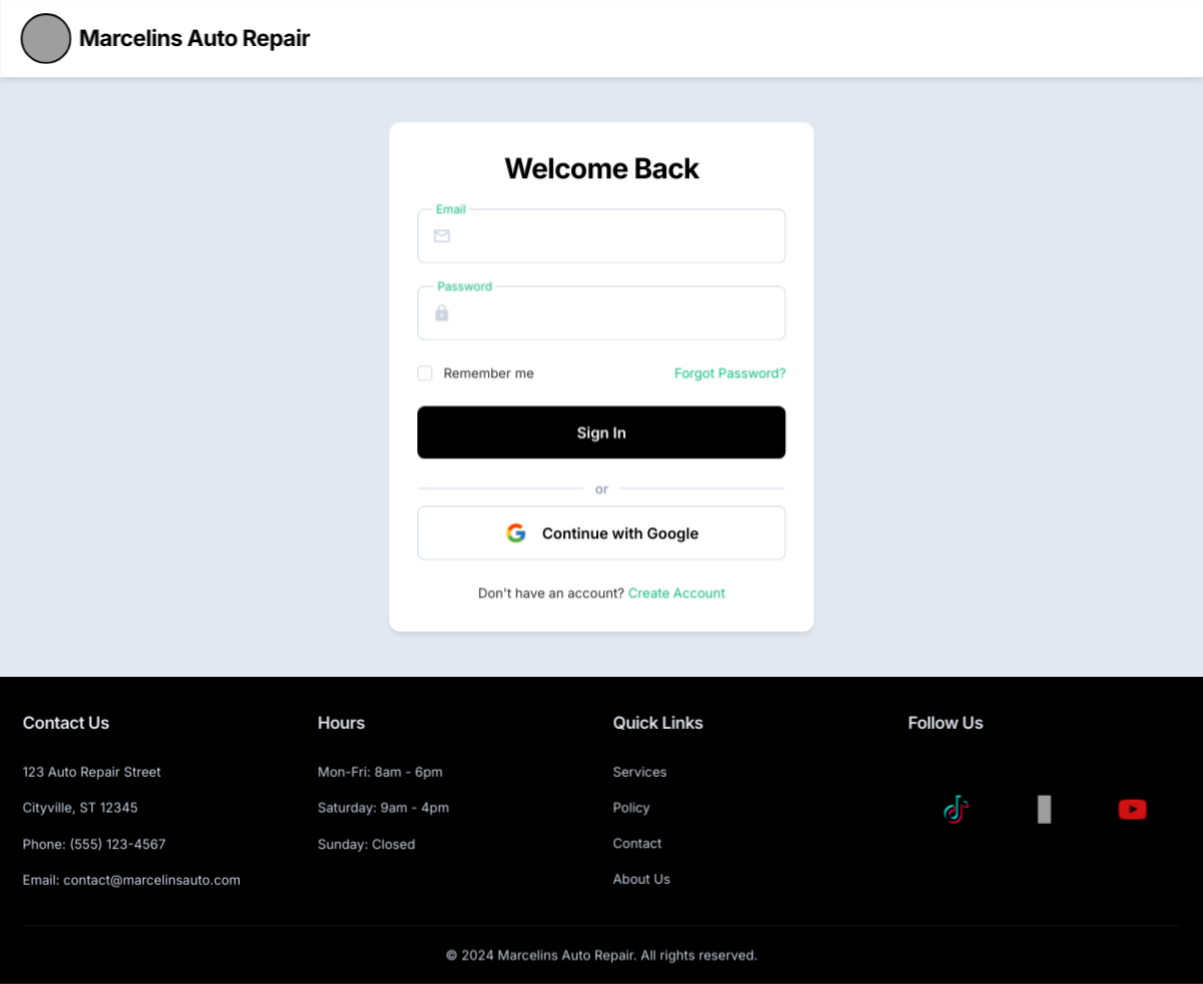
Repository: ilovegames507/twebsite-2
Page: frontend/public/login&signup.html
An editor plug-in stored every save of this project. The page is shown before and after the next save, followed by the edit.
The browser window is 1280 px wide. The pictures show the whole page, at 94% of full size.
Pictures or frames that could not be fetched are drawn as grey boxes.

Above is the page before, as saved 2025-03-18 21:09:50.

### frontend/public/login&signup.html
<!DOCTYPE html>
<html lang="en">

<head>
  <meta charset="UTF-8" />
  <meta name="viewport" content="width=device-width, initial-scale=1.0" />
  <link rel="preconnect" href="https://fonts.googleapis.com" />
  <link rel="preconnect" href="https://fonts.gstatic.com" crossorigin />
  <link
    href="https://fonts.googleapis.com/css2?family=Inter:ital,opsz,wght@0,14..32,100..900;1,14..32,100..900&family=Source+Code+Pro:ital,wght@0,200..900;1,200..900&display=swap"
    rel="stylesheet" />
  <link rel="stylesheet" href="styles/modern-normalize.css" />
  <link rel="stylesheet" href="styles/global.css" />
  <link rel="stylesheet" href="styles/components/header.css" />
  <link rel="stylesheet" href="styles/components/login&signup.css" />
  <link rel="stylesheet" href="styles/components/footer.css" />
  <link rel="stylesheet" href="styles/utils.css" />
  <script type="module" src="src/main.js"></script>
  <link rel="icon" type="image/x-icon" href="/src/Images/favicon.ico">
  <title>Marcelins Auto Repair</title>
</head>

<body>
  <header class="header"></header>
  <section class="auth">
    <div class="auth__container">
      <div class="auth__form active" id="loginForm">
        <h2 class="auth__title">Welcome Back</h2>
        <form class="auth__content">
          <div class="auth__field">
            <input type="email" class="auth__input" id="loginEmail" required>
            <label class="auth__label" for="loginEmail">Email</label>
            <svg class="auth__icon" xmlns="http://www.w3.org/2000/svg" viewBox="0 0 24 24" fill="currentColor">
              <path
                d="M20 4H4c-1.1 0-1.99.9-1.99 2L2 18c0 1.1.9 2 2 2h16c1.1 0 2-.9 2-2V6c0-1.1-.9-2-2-2zm0 14H4V8l8 5 8-5v10zm-8-7L4 6h16l-8 5z" />
            </svg>
          </div>

          <div class="auth__field">
            <input type="password" class="auth__input" id="loginPassword" required>
            <label class="auth__label" for="loginPassword">Password</label>
            <svg class="auth__icon" xmlns="http://www.w3.org/2000/svg" viewBox="0 0 24 24" fill="currentColor">
              <path
                d="M18 8h-1V6c0-2.76-2.24-5-5-5S7 3.24 7 6v2H6c-1.1 0-2 .9-2 2v10c0 1.1.9 2 2 2h12c1.1 0 2-.9 2-2V10c0-1.1-.9-2-2-2zm-6 9c-1.1 0-2-.9-2-2s.9-2 2-2 2 .9 2 2-.9 2-2 2zm3.1-9H8.9V6c0-1.71 1.39-3.1 3.1-3.1 1.71 0 3.1 1.39 3.1 3.1v2z" />
            </svg>
          </div>

          <div class="auth__options">
            <label class="auth__remember">
              <input type="checkbox" class="auth__checkbox">
              <span class="auth__checkmark"></span>
              Remember me
            </label>
            <a href="#forgot" class="auth__link">Forgot Password?</a>
          </div>

          <button type="submit" class="auth__button">Sign In</button>

          <button type="button" class="auth__button auth__button--google">
            <svg class="auth__google-icon" xmlns="http://www.w3.org/2000/svg" x="0px" y="0px" width="100" height="100"
              viewBox="0 0 48 48">
              <path fill="#FFC107"
                d="M43.611,20.083H42V20H24v8h11.303c-1.649,4.657-6.08,8-11.303,8c-6.627,0-12-5.373-12-12c0-6.627,5.373-12,12-12c3.059,0,5.842,1.154,7.961,3.039l5.657-5.657C34.046,6.053,29.268,4,24,4C12.955,4,4,12.955,4,24c0,11.045,8.955,20,20,20c11.045,0,20-8.955,20-20C44,22.659,43.862,21.35,43.611,20.083z">
              </path>
              <path fill="#FF3D00"
                d="M6.306,14.691l6.571,4.819C14.655,15.108,18.961,12,24,12c3.059,0,5.842,1.154,7.961,3.039l5.657-5.657C34.046,6.053,29.268,4,24,4C16.318,4,9.656,8.337,6.306,14.691z">
              </path>
              <path fill="#4CAF50"
                d="M24,44c5.166,0,9.86-1.977,13.409-5.192l-6.19-5.238C29.211,35.091,26.715,36,24,36c-5.202,0-9.619-3.317-11.283-7.946l-6.522,5.025C9.505,39.556,16.227,44,24,44z">
              </path>
              <path fill="#1976D2"
                d="M43.611,20.083H42V20H24v8h11.303c-0.792,2.237-2.231,4.166-4.087,5.571c0.001-0.001,0.002-0.001,0.003-0.002l6.19,5.238C36.971,39.205,44,34,44,24C44,22.659,43.862,21.35,43.611,20.083z">
              </path>
            </svg>
            Continue with Google
          </button>

          <p class="auth__text">Don't have an account?
            <a href="#signup" class="auth__link auth__link--switch">Create Account</a>
          </p>
        </form>
      </div>

      <div class="auth__form" id="signupForm">
        <h2 class="auth__title">Create Account</h2>
        <form class="auth__content">
          <div class="auth__field">
            <input type="text" class="auth__input" id="signupName" required>
            <label class="auth__label" for="signupName">Full Name</label>
            <svg class="auth__icon" xmlns="http://www.w3.org/2000/svg" viewBox="0 0 24 24" fill="currentColor">
              <path
                d="M12 12c2.21 0 4-1.79 4-4s-1.79-4-4-4-4 1.79-4 4 1.79 4 4 4zm0 2c-2.67 0-8 1.34-8 4v2h16v-2c0-2.66-5.33-4-8-4z" />
            </svg>
          </div>

          <div class="auth__field">
            <input type="email" class="auth__input" id="signupEmail" required>
            <label class="auth__label" for="signupEmail">Email</label>
            <svg class="auth__icon" xmlns="http://www.w3.org/2000/svg" viewBox="0 0 24 24" fill="currentColor">
              <path
                d="M20 4H4c-1.1 0-1.99.9-1.99 2L2 18c0 1.1.9 2 2 2h16c1.1 0 2-.9 2-2V6c0-1.1-.9-2-2-2zm0 14H4V8l8 5 8-5v10zm-8-7L4 6h16l-8 5z" />
            </svg>
          </div>

          <div class="auth__field">
            <input type="password" class="auth__input" id="signupPassword" required>
            <label class="auth__label" for="signupPassword">Password</label>
            <svg class="auth__icon" xmlns="http://www.w3.org/2000/svg" viewBox="0 0 24 24" fill="currentColor">
              <path
                d="M18 8h-1V6c0-2.76-2.24-5-5-5S7 3.24 7 6v2H6c-1.1 0-2 .9-2 2v10c0 1.1.9 2 2 2h12c1.1 0 2-.9 2-2V10c0-1.1-.9-2-2-2zm-6 9c-1.1 0-2-.9-2-2s.9-2 2-2 2 .9 2 2-.9 2-2 2zm3.1-9H8.9V6c0-1.71 1.39-3.1 3.1-3.1 1.71 0 3.1 1.39 3.1 3.1v2z" />
            </svg>
          </div>

          <div class="auth__field">
            <input type="password" class="auth__input" id="signupConfirm" required>
            <label class="auth__label" for="signupConfirm">Confirm Password</label>
            <svg class="auth__icon" xmlns="http://www.w3.org/2000/svg" viewBox="0 0 24 24" fill="currentColor">
              <path
                d="M18 8h-1V6c0-2.76-2.24-5-5-5S7 3.24 7 6v2H6c-1.1 0-2 .9-2 2v10c0 1.1.9 2 2 2h12c1.1 0 2-.9 2-2V10c0-1.1-.9-2-2-2zm-6 9c-1.1 0-2-.9-2-2s.9-2 2-2 2 .9 2 2-.9 2-2 2zm3.1-9H8.9V6c0-1.71 1.39-3.1 3.1-3.1 1.71 0 3.1 1.39 3.1 3.1v2z" />
            </svg>
          </div>

          <button type="submit" class="auth__button">Sign Up</button>

          <button type="button" class="auth__button auth__button--google">
            <svg class="auth__google-icon" xmlns="http://www.w3.org/2000/svg" x="0px" y="0px" width="100" height="100"
              viewBox="0 0 48 48">
              <path fill="#FFC107"
                d="M43.611,20.083H42V20H24v8h11.303c-1.649,4.657-6.08,8-11.303,8c-6.627,0-12-5.373-12-12c0-6.627,5.373-12,12-12c3.059,0,5.842,1.154,7.961,3.039l5.657-5.657C34.046,6.053,29.268,4,24,4C12.955,4,4,12.955,4,24c0,11.045,8.955,20,20,20c11.045,0,20-8.955,20-20C44,22.659,43.862,21.35,43.611,20.083z">
              </path>
              <path fill="#FF3D00"
                d="M6.306,14.691l6.571,4.819C14.655,15.108,18.961,12,24,12c3.059,0,5.842,1.154,7.961,3.039l5.657-5.657C34.046,6.053,29.268,4,24,4C16.318,4,9.656,8.337,6.306,14.691z">
              </path>
              <path fill="#4CAF50"
                d="M24,44c5.166,0,9.86-1.977,13.409-5.192l-6.19-5.238C29.211,35.091,26.715,36,24,36c-5.202,0-9.619-3.317-11.283-7.946l-6.522,5.025C9.505,39.556,16.227,44,24,44z">
              </path>
              <path fill="#1976D2"
                d="M43.611,20.083H42V20H24v8h11.303c-0.792,2.237-2.231,4.166-4.087,5.571c0.001-0.001,0.002-0.001,0.003-0.002l6.19,5.238C36.971,39.205,44,34,44,24C44,22.659,43.862,21.35,43.611,20.083z">
              </path>
            </svg>
            Continue with Google
          </button>

          <p class="auth__text">Already have an account?
            <a href="#login" class="auth__link auth__link--switch">Sign In</a>
          </p>
        </form>
      </div>
    </div>
  </section>
  <footer class="footer"></footer>

  <script>
    document.querySelectorAll('.auth__input').forEach(input => {
      input.addEventListener('input', function () {
        this.classList.toggle('has-value', !!this.value);
      });
    });

    document.addEventListener('DOMContentLoaded', () => {
      const loginForm = document.getElementById('loginForm');
      const signupForm = document.getElementById('signupForm');
      const switchLinks = document.querySelectorAll('.auth__link--switch');

      switchLinks.forEach(link => {
        link.addEventListener('click', (e) => {
          e.preventDefault();
          loginForm.classList.toggle('active');
          signupForm.classList.toggle('active');
        });
      });

      const headerLogin = document.querySelector('.header__btn:first-child');
      const headerSignup = document.querySelector('.header__btn:last-child');

      if (headerLogin && headerSignup) {
        headerLogin.addEventListener('click', () => {
          document.querySelector('.auth').scrollIntoView({ behavior: 'smooth' });
          loginForm.classList.add('active');
          signupForm.classList.remove('active');
        });

        headerSignup.addEventListener('click', () => {
          document.querySelector('.auth').scrollIntoView({ behavior: 'smooth' });
          signupForm.classList.add('active');
          loginForm.classList.remove('active');
        });
      }
    });
  </script>
</body>

</html>

### frontend/public/styles/modern-normalize.css
/*! modern-normalize v3.0.1 | MIT License | https://github.com/sindresorhus/modern-normalize */

/*
Document
========
*/

/**
Use a better box model (opinionated).
*/

*,
::before,
::after {
  box-sizing: border-box;
}

html {
  /* Improve consistency of default fonts in all browsers. (https://github.com/sindresorhus/modern-normalize/issues/3) */
  font-family: system-ui, "Segoe UI", Roboto, Helvetica, Arial, sans-serif,
    "Apple Color Emoji", "Segoe UI Emoji";
  line-height: 1.15; /* 1. Correct the line height in all browsers. */
  -webkit-text-size-adjust: 100%; /* 2. Prevent adjustments of font size after orientation changes in iOS. */
  tab-size: 4; /* 3. Use a more readable tab size (opinionated). */
}

/*
Sections
========
*/

body {
  margin: 0; /* Remove the margin in all browsers. */
}

/*
Text-level semantics
====================
*/

/**
Add the correct font weight in Chrome and Safari.
*/

b,
strong {
  font-weight: bolder;
}

/**
1. Improve consistency of default fonts in all browsers. (https://github.com/sindresorhus/modern-normalize/issues/3)
2. Correct the odd 'em' font sizing in all browsers.
*/

code,
kbd,
samp,
pre {
  font-family: ui-monospace, SFMono-Regular, Consolas, "Liberation Mono", Menlo,
    monospace; /* 1 */
  font-size: 1em; /* 2 */
}

/**
Add the correct font size in all browsers.
*/

small {
  font-size: 80%;
}

/**
Prevent 'sub' and 'sup' elements from affecting the line height in all browsers.
*/

sub,
sup {
  font-size: 75%;
  line-height: 0;
  position: relative;
  vertical-align: baseline;
}

sub {
  bottom: -0.25em;
}

sup {
  top: -0.5em;
}

/*
Tabular data
============
*/

/**
Correct table border color inheritance in Chrome and Safari. (https://issues.chromium.org/issues/40615503, https://bugs.webkit.org/show_bug.cgi?id=195016)
*/

table {
  border-color: currentcolor;
}

/*
Forms
=====
*/

/**
1. Change the font styles in all browsers.
2. Remove the margin in Firefox and Safari.
*/

button,
input,
optgroup,
select,
textarea {
  font-family: inherit; /* 1 */
  font-size: 100%; /* 1 */
  line-height: 1.15; /* 1 */
  margin: 0; /* 2 */
}

/**
Correct the inability to style clickable types in iOS and Safari.
*/

button,
[type="button"],
[type="reset"],
[type="submit"] {
  appearance: button;
  -webkit-appearance: button;
}

/**
Remove the padding so developers are not caught out when they zero out 'fieldset' elements in all browsers.
*/

legend {
  padding: 0;
}

/**
Add the correct vertical alignment in Chrome and Firefox.
*/

progress {
  vertical-align: baseline;
}

/**
Correct the cursor style of increment and decrement buttons in Safari.
*/

::-webkit-inner-spin-button,
::-webkit-outer-spin-button {
  height: auto;
}

/**
1. Correct the odd appearance in Chrome and Safari.
2. Correct the outline style in Safari.
*/

[type="search"] {
  appearance: textfield;
  -webkit-appearance: textfield; /* 1 */
  outline-offset: -2px; /* 2 */
}

/**
Remove the inner padding in Chrome and Safari on macOS.
*/

::-webkit-search-decoration {
  -webkit-appearance: none;
}

/**
1. Correct the inability to style clickable types in iOS and Safari.
2. Change font properties to 'inherit' in Safari.
*/

::-webkit-file-upload-button {
  -webkit-appearance: button; /* 1 */
  font: inherit; /* 2 */
}

/*
Interactive
===========
*/

/*
Add the correct display in Chrome and Safari.
*/

summary {
  display: list-item;
}

### frontend/public/styles/global.css
:root {
  /* fonts */
  --font-primary: 'Inter', sans-serif;
  --font-secondary: 'Source Code Pro', monospace;

  /* colors */
  --clr-dark: #000000;
  --clr-gray: #2b2b2b;
  --clr-light: #e2e8f0;
  --clr-white: rgb(255, 255, 255);
  --clr-green: #10b981;
  --clr-green-hvr: #10996b;

  --clr-slate50: #f8fafc;
  --clr-slate100: #f1f5f9;
  --clr-slate300: #cbd5e1;
  --clr-text: #94a3b8;
  --clr-slate800: #1e293b;
  --clr-bg: #0a101f;

  --clr-muted: #4a5566;

  /* shadow */
  --shadow: 0 4px 6px -1px rgba(0, 0, 0, 0.1);

  /* transtion */
  --transition: all 0.3s cubic-bezier(0.4, 0, 0.2, 1);

  /* sizes */
  --size-xxs: 0.5rem;
  --size-xs: 0.75rem;
  --size-sm: 0.875rem;
  --size-base: 1rem;
  --size-lg: 1.125rem;
  --size-xl: 1.25rem;
  --size-2xl: 1.5rem;
  --size-3xl: 1.875rem;
  --size-4xl: 2.25rem;
  --size-5xl: 3rem;
  --size-6xl: 3.75rem;
  --size-7xl: 4.5rem;
  --size-8xl: 6rem;
  --size-9xl: 8rem;
  --size-10xl: 10rem;
}

* {
  margin: 0;
  padding: 0;
  line-height: calc(1em + 0.5rem);
  animation: fadeIn 0.5s cubic-bezier(0.4, 0, 0.2, 1) both;
  animation-delay: 0.01s;
}

body {
  font-family: var(--font-primary);
  background-color: var(--clr-light);
  color: var(--clr-dark);
}

img,
picture,
video,
canvas,
svg {
  display: block;
  max-width: 100%;
}

input,
button,
textarea,
select {
  font: inherit;
}

button {
  border: none;
  background: none;
  color: inherit;
  cursor: pointer;
}

h1,
h2,
h3,
h4,
h5,
h6 {
  letter-spacing: -0.025em;
}

p {
  color: var(--clr-text);
}

a {
  color: var(--clr-slate50);
}

strong {
  color: #ff0000;
  font-weight: 800;
}

button:focus-visible,
a:focus-visible {
  outline: solid var(--clr-light);
}

body::-webkit-scrollbar {
  width: 5px;
}

body::-webkit-scrollbar-track {
  box-shadow: inset 0 0 6 px rgba(0, 0, 0, 0);
}

body::-webkit-scrollbar-thumb {
  background: #bebebe;
  border-radius: 1000px;
}

body::-webkit-scrollbar-thumb:hover {
  background: #555;
}

@keyframes fadeIn {
  from {
    opacity: 0;
    transform: translateY(-20px);
  }

  to {
    opacity: 1;
    transform: translateY(0);
  }
}

h1,
h2,
h3,
h4,
h5,
h6 {
  animation-delay: 0.3s;
}

p,
a,
button {
  animation-delay: 0.4s;
}

img {
  animation-delay: 0.5s;
}

### frontend/public/styles/components/header.css
.header {
  position: sticky;
  top: 0;
  background: var(--clr-white);
  backdrop-filter: blur(8px);
  z-index: 9999;
  box-shadow: var(--shadow);
}

.header__container {
  display: flex;
  justify-content: space-between;
  align-items: center;
  padding: 1rem 1.5rem;
  max-width: 1440px;
  margin: 0 auto;
}

.header__title-container{
  display: flex;
  flex-direction: row;
  gap: 10px;
}

.header__title {
  color: var(--clr-dark);
  font-family: var(--font-primary);
  font-size: var(--size-2xl);
  font-weight: 700;
  letter-spacing: -0.025em;
  text-decoration: none;
  transition: var(--transition);
  display: inline-flex;
  align-items: center;
  gap: 1rem;
}

.header__title-text {
  transition: var(--transition);
}

.header__logo {
  background-image: linear-gradient(rgba(0, 0, 0, 0.5), rgba(0, 0, 0, 0.5)),
    url('https://placehold.co/1920x1080');
  max-width: 50px;
  max-height: 50px;
  height: auto;
  cursor: pointer;
  outline: 2px solid var(--clr-dark);
  transition: var(--transition);
  border-radius: 50%;
}

.header__nav {
  display: flex;
  gap: 2rem;
  align-items: center;
}

.header__link {
  color: var(--clr-dark);
  font-family: var(--font-primary);
  font-size: 0.875rem;
  font-weight: 500;
  text-decoration: none;
  transition: var(--transition);
  padding: 0.5rem 1rem;
  border-radius: 0.375rem;
}

.header__link:hover {
  background: rgba(255, 255, 255, 0.1);
}

.header__btn {
  background: var(--clr-accent);
  color: var(--clr-light);
  background: var(--clr-dark);
  padding: 0.5rem 1.25rem;
  border-radius: 0.375rem;
  font-weight: 600;
  transition: var(--transition);
}

.header__btn:hover {
  background: var(--clr-gray);
}

.header__bars {
  display: none;
  color: var(--clr-light);
  background: none;
  padding: 0.5rem;
  border-radius: 0.375rem;
}

@media (max-width: 825px) {
  .header__nav {
    display: none;
  }

  .header__bars {
    display: block;
  }

  .header__title-text {
    display: block;
  }

  .header__logo {
    display: none;
  }

  .header--mobile-open .header__nav {
    display: flex;
    flex-direction: column;
    position: absolute;
    background: var(--clr-white);
    top: 100%;
    left: 0;
    right: 0;
    padding: 1rem;
    gap: 0.5rem;
  }

  .header--mobile-open .header__logo {
    display: block;
    max-width: 50px;
  }

  .header--mobile-open .header__link {
    width: 100%;
    text-align: center;
    padding: 0.75rem;
  }

  .header--mobile-open .header__btn-container {
    display: flex;
    flex-direction: column;
    gap: 0.5rem;
    margin-top: 1rem;
  }
}

@media (max-width: 768px) {
  .header__title {
    font-size: var(--size-base);
  }

  .header__logo {
    display: block;
    max-width: 60px;
  }
}

@media (max-width: 480px) {
  .header__logo {
    max-width: 50px;
  }

  .header__container {
    padding: 0.75rem 1rem;
  }
}

### frontend/public/styles/components/footer.css
html {
    height: 100%;
}

body {
    min-height: 100vh;
    display: flex;
    flex-direction: column;
}

main {
    flex: 1 0 auto;
    width: 100%;
}

.footer {
    background-color: var(--clr-dark);
    color: var(--clr-light);
    padding: var(--size-4xl) 0 0;
    margin-top: auto;
}

.footer__container {
    max-width: 1440px;
    margin: 0 auto;
    padding: 0 var(--size-2xl);
}

.footer__content {
    display: grid;
    grid-template-columns: repeat(auto-fit, minmax(250px, 1fr));
    gap: var(--size-2xl);
    padding-bottom: var(--size-4xl);
}

.footer__section {
    display: flex;
    flex-direction: column;
    gap: var(--size-base);
}

.footer__heading {
    font-size: var(--size-lg);
    font-weight: 600;
    margin-bottom: var(--size-xs);
    color: var(--clr-light);
}

.footer__text {
    font-size: var(--size-sm);
    color: var(--clr-slate300);
    line-height: 1.6;
}

.footer__link {
    color: var(--clr-slate300);
    text-decoration: none;
    font-size: var(--size-sm);
    transition: var(--transition);
}

.footer__link:hover {
    color: var(--clr-light);
    transform: translateX(4px);
}

.footer__socials {
    display: flex;
}

.footer__social-link {
    color: var(--clr-slate300);
    transition: var(--transition);
    padding: var(--size-4xl);
    display: flex;
}

.footer__social-link:hover {
    color: var(--clr-light);
    transform: translateY(-2px);
}

.footer__bottom {
    border-top: 1px solid rgba(255, 255, 255, 0.1);
    padding: var(--size-xl) 0;
    text-align: center;
}

.footer__copy {
    font-size: var(--size-sm);
    color: var(--clr-slate300);
    margin: 0;
}

@media (max-width: 768px) {
    .footer__content {
        grid-template-columns: 1fr;
        text-align: center;
    }

    .footer__section {
        align-items: center;
    }

    .footer__link:hover {
        transform: none;
    }
}

### frontend/public/styles/utils.css
/* xs */
/* @media (min-width: 475px) {} */

/* sm */
/* @media (min-width: 640px) {} */

/* md */
/* @media (min-width: 768px) {} */

/* lg */
/* @media (min-width: 1024px) {} */

/* xl */
/* @media (min-width: 1280px) {} */

/* 2xl */
/* @media (min-width: 1536px) {} */

.container {
    width: 100%;
    margin-inline: auto;
    padding-inline: 0.5rem;
  }

  .btn {
    display: inline-block;
    background-color: rgb(255, 255, 255);
    color: var(--clr-dark);
    padding: 0.5em 1em;
    font-weight: 500;
    border-radius: 6px;
    line-height: 1.75rem;
    text-decoration: none;
    transition: 0.2s ease-in-out;
  }

  .btn:hover {
    transform: translateY(2px);
    background-color: rgb(168, 168, 168);
  }

  btn:focus-visible {
    outline: solid var(--clr-text);
  }

  .section {
    margin-top: 5rem;
  }

  .title {
    text-transform: uppercase;
    margin-bottom: 1rem;
    font-family: var(--font-secondary);
    color: var(--clr-text);
    font-size: var(--size-base);
  }

  /* xs */
  @media (min-width: 475px) {
    .container {
      max-width: 475px;
    }
  }

  /* sm */
  @media (min-width: 640px) {
    .container {
      max-width: 640px;
    }

    .title {
      font-size: var(--size-sm);
    }
  }

  /* md */
  @media (min-width: 768px) {
    .container {
      max-width: 768px;
    }
  }

  /* lg */
  @media (min-width: 1024px) {
    .container {
      max-width: 1024px;
    }

    .section {
      margin-top: 10rem;
    }

    .title {
      font-size: var(--size-base);
    }
  }

  /* xl */
  @media (min-width: 1280px) {
    .container {
      max-width: 1280px;
    }
  }

  /* 2xl */
  @media (min-width: 1536px) {
    .container {
      max-width: 1536px;
    }
  }

Loaded but not shown: frontend/public/src/utils/footer.js (56 lines, source omitted); frontend/public/src/utils/header.js (40 lines, source omitted); frontend/public/src/main.js (5 lines, source omitted); frontend/public/styles/components/login&signup.css (255 lines, source omitted)

After the next save:
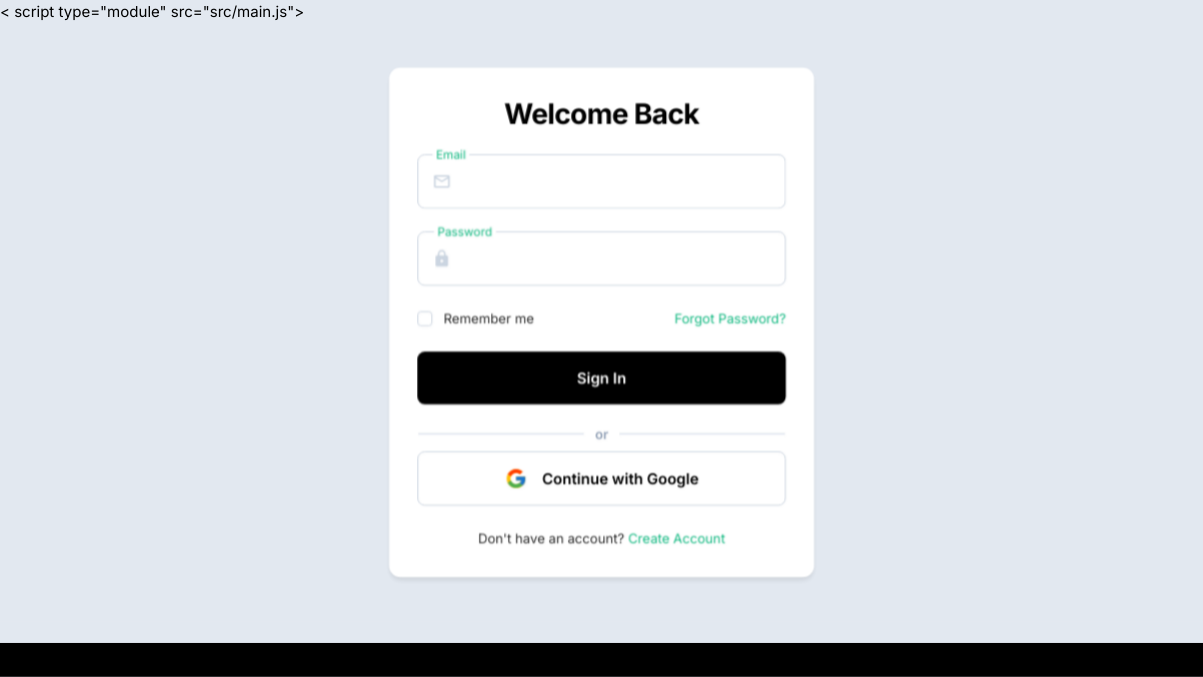
Saved 12 s later.
--- a/frontend/public/login&signup.html
+++ b/frontend/public/login&signup.html
@@ -1,6 +1,5 @@
 <!DOCTYPE html>
 <html lang="en">
-
 <head>
   <meta charset="UTF-8" />
   <meta name="viewport" content="width=device-width, initial-scale=1.0" />
@@ -15,11 +14,10 @@
   <link rel="stylesheet" href="styles/components/login&signup.css" />
   <link rel="stylesheet" href="styles/components/footer.css" />
   <link rel="stylesheet" href="styles/utils.css" />
-  <script type="module" src="src/main.js"></script>
+  < script type="module" src="src/main.js"></script>
   <link rel="icon" type="image/x-icon" href="/src/Images/favicon.ico">
   <title>Marcelins Auto Repair</title>
 </head>
-
 <body>
   <header class="header"></header>
   <section class="auth">
@@ -149,7 +147,6 @@
     </div>
   </section>
   <footer class="footer"></footer>
-
   <script>
     document.querySelectorAll('.auth__input').forEach(input => {
       input.addEventListener('input', function () {
@@ -189,5 +186,4 @@
     });
   </script>
 </body>
-
 </html>
